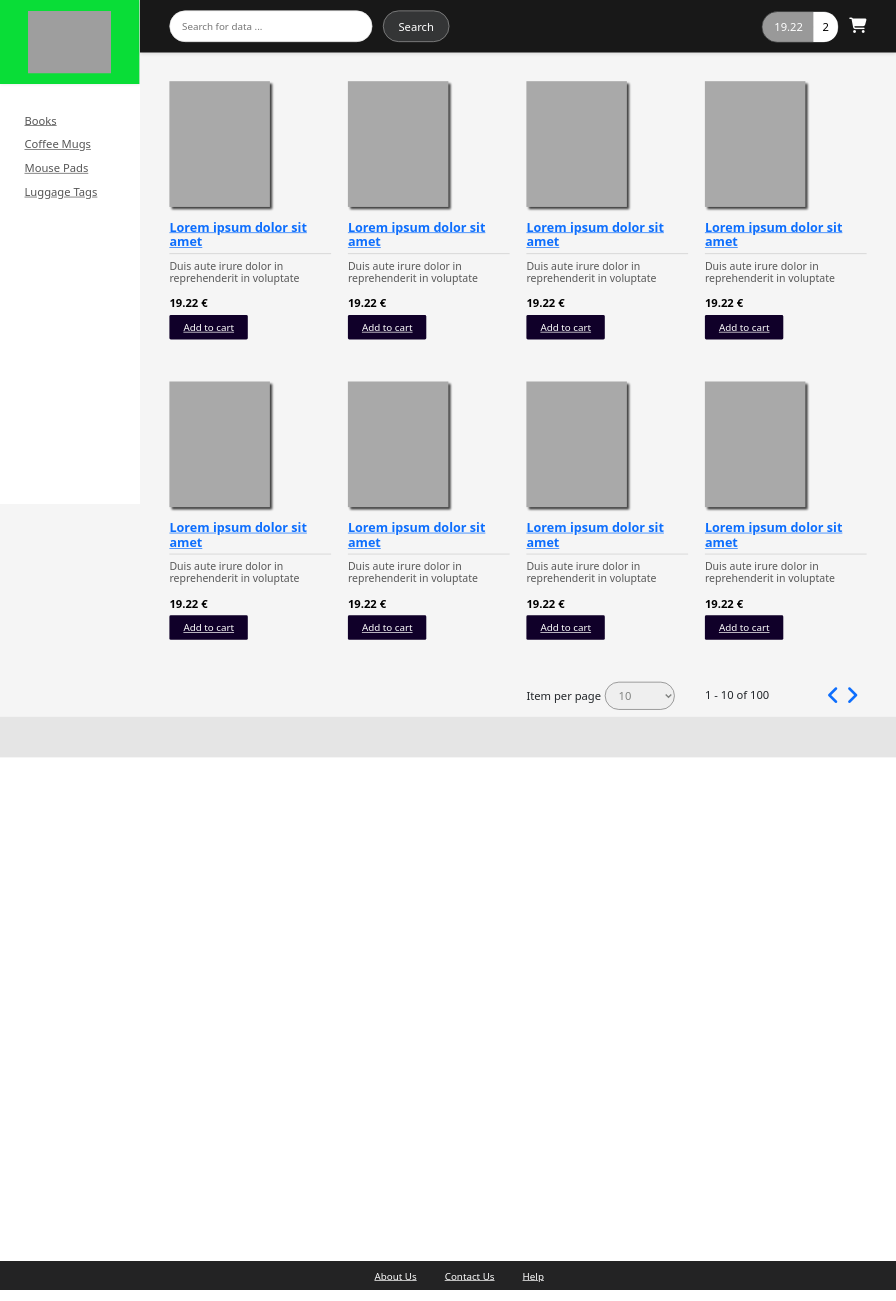
Repository: mustafa-alperen-yilmaz/e-commerce-app
Page: / (app in ecommerceangular/)
An editor plug-in stored every save of this project. The page is shown before and after the next save, followed by the edit.
The browser window is 1280 px wide. The pictures show the whole page, at 70% of full size.
Pictures or frames that could not be fetched are drawn as grey boxes. The page's requests for data from a server got no answer. The project was rebuilt for these pictures with package versions that can differ from the ones it lists, and the page was loaded fresh each time. No one was signed in, and anything a server would have sent is missing. Also part of the build but not shown: ecommerceangular/angular.json.

Above is the page before, as saved 2023-03-08 02:18:20.

After the next save:
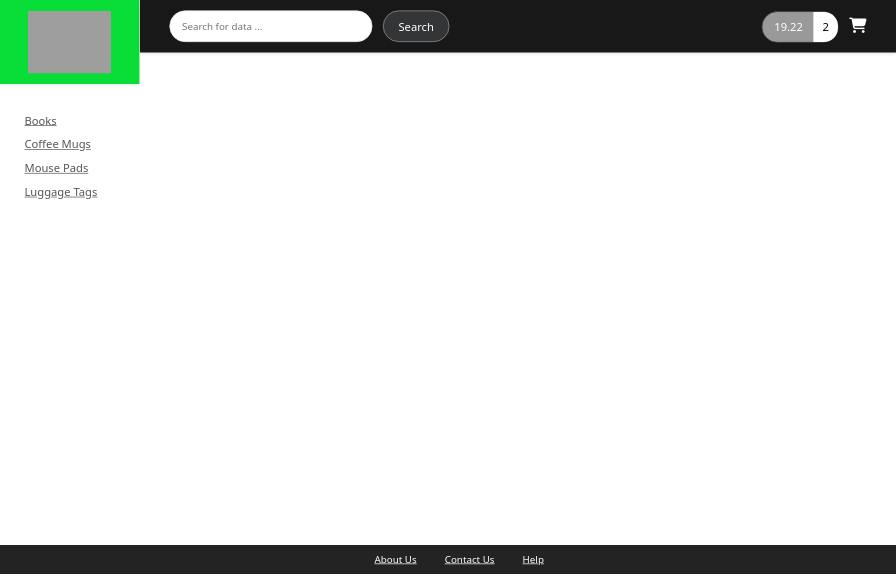
Saved 5 min 50 s later.
--- a/ecommerceangular/src/app/app.component.html
+++ b/ecommerceangular/src/app/app.component.html
@@ -48,6 +48,8 @@
         </div>
       </div>
     </header>
+
+<!--
     <div class="main-content">
       <div class="section-content section-content-p30">
         <div class="container-fluid">
@@ -188,7 +190,7 @@
         </div>
       </div>
     </div>
-
+  -->
   </div>
 </div>
 <app-product-list></app-product-list>
